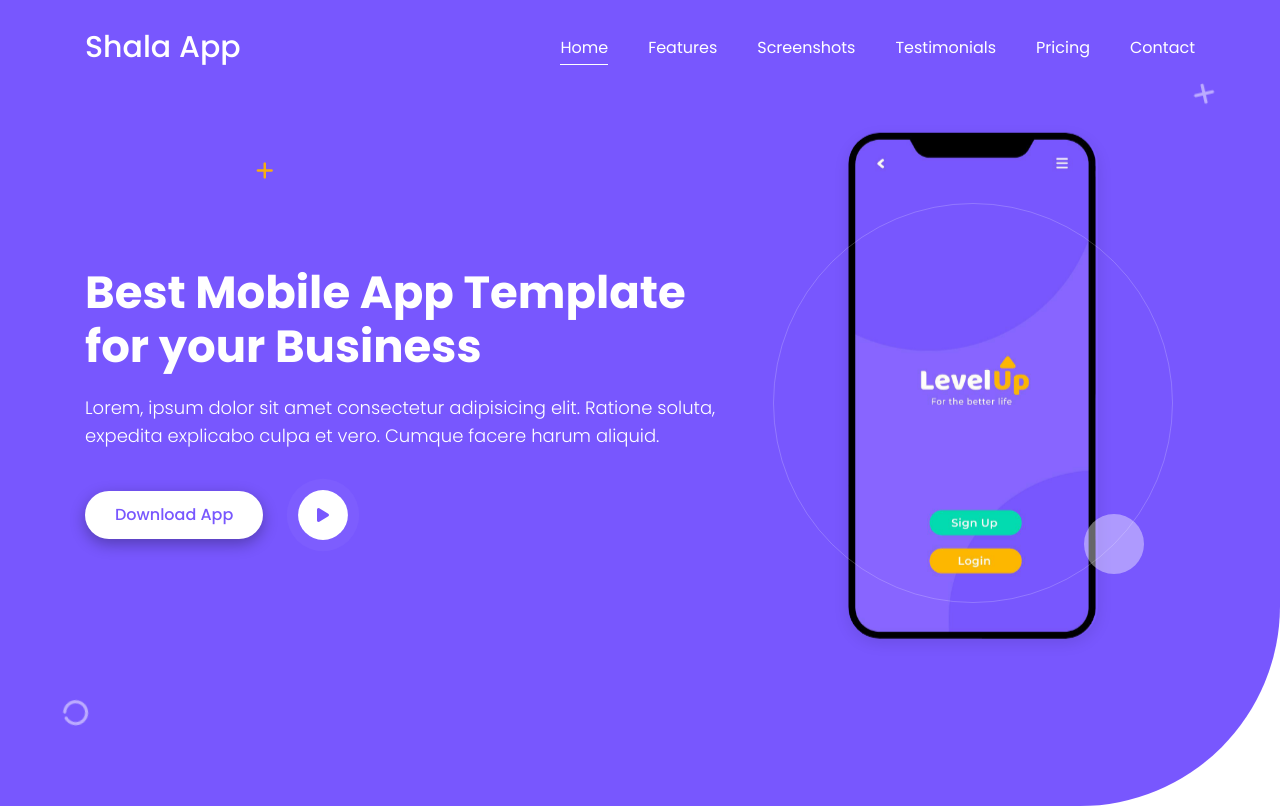
Repository: Mohamed-Hema/Shala-App
Page: index.html
The author's editor kept a copy of each file at every save. The page is drawn from the files as they stood at one save, then again after the next save.
The browser window is 1280 px wide. The pictures show the whole page.
Some web libraries are served in a nearby version.

Above is the page before, as saved 2021-02-15 20:13:57.

### index.html
<!DOCTYPE html>
<html lang="zxx">
<head>
  <title>Shala - App Landing Page</title>
  <meta charset="utf-8">
  <meta name="viewport" content="width=device-width, initial-scale=1">
  <!-- owl carousel css -->
  <link rel="stylesheet" href="css/owl.carousel.min.css">
  <!-- font awesome icons -->
  <script src="https://kit.fontawesome.com/794108ad0e.js" crossorigin="anonymous"></script>
  <!-- bootstrap css -->
  <link rel="stylesheet" href="css/bootstrap.min.css">
  <!-- main css -->
  <link rel="stylesheet" href="css/style.css">
</head>
<body>

  <!-- Start NavBar -->
  <nav class="navbar navbar-expand-md fixed-top">
    <div class="container">
      <!-- Brand -->
      <a class="navbar-brand" href="#">Shala App</a>

      <!-- Toggler/collapsibe Button -->
      <button class="navbar-toggler" type="button" data-toggle="collapse" data-target="#collapsibleNavbar">
        <span class="navbar-toggler-icon"></span>
      </button>

      <!-- Navbar links -->
      <div class="collapse navbar-collapse" id="collapsibleNavbar">
        <ul class="navbar-nav ml-auto">
          <li class="nav-item">
            <a class="nav-link active" href="#">Home</a>
          </li>
          <li class="nav-item">
            <a class="nav-link" href="#">Features</a>
          </li>
          <li class="nav-item">
            <a class="nav-link" href="#">Screenshots</a>
          </li>
          <li class="nav-item">
            <a class="nav-link" href="#">Testimonials</a>
          </li>
          <li class="nav-item">
            <a class="nav-link" href="#">Pricing</a>
          </li>
          <li class="nav-item">
            <a class="nav-link" href="#">Contact</a>
          </li>
        </ul>
      </div>
    </div>
  </nav>

  <!-- End NavBar -->
  <!-- Start Home Section -->
  <section class="home d-flex align-items-center">
    <div class="effect-wrap">
      <i class="fas fa-plus effect effect-1"></i>
      <i class="fas fa-plus effect effect-2"></i>
      <i class="fas fa-circle-notch effect effect-3"></i>
    </div>
    <div class="container">
      <div class="row align-items-center">
        <div class="col-md-7">
          <div class="home-text">
            <h1>Best Mobile App Template for your Business</h1>
            <p>Lorem, ipsum dolor sit amet consectetur adipisicing elit. Ratione soluta, expedita explicabo culpa et vero. Cumque facere harum aliquid.</p>
            <div class="home-btn">
              <a href="#" class="btn btn-1">Download App</a>
              <button type="button" class="btn btn-1 video-play-btn">
                <i class="fas fa-play"></i>
              </button>
            </div>
          </div>
        </div>
        <div class="col-md-5 text-center">
          <div class="home-img">
            <div class="circle"></div>
            <img src="img/app-screenshots/1.png" alt="First App Screen">
          </div>
        </div>
      </div>
    </div>
  </section>
  <!-- End Home Section -->
  <!-- Start Video PopUp -->
  <div class="video-popup">
    <div class="video-popup-inner">
      <i class="fas fa-times video-popup-close"></i>
      <div class="iframe-box">
        <iframe id="player-1" src="https://www.youtube.com/embed/o1eY1MPcRQs" allow="accelerometer; autoplay; clipboard-write; encrypted-media; gyroscope; picture-in-picture" allowfullscreen></iframe>
      </div>
    </div>
  </div>
  <!-- End Video PopUP -->
<!-- jquery js -->
<script src="js/jquery.min.js"></script>
<!-- popper js -->
<script src="js/popper.min.js"></script>
<!-- bootstrap js -->
<script src="js/bootstrap.min.js"></script>
<!-- owl carousel js -->
<script src="js/owl.carousel.min.js"></script>
<!-- ScrollIt js -->
<script src="js/scrollIt.min.js"></script>
<!-- main js -->
<script src="js/main.js"></script>
</body>
</html>

### css/style.css
/* Start Global Styles */
@import url('https://fonts.googleapis.com/css2?family=Poppins:wght@300;400;500;600;700;800;900&display=swap');

*{
    margin: 0;
    padding: 0;
    outline: none!important;
}

:root{
    --main-color: #7857fe;
    --color-1: #e91e63;
    --color-2: #f5ae10;
    --color-3: #09d69c;
    --bg-dark: #2b2c2f;
    --main-to-dark-color: var(--main-color);
    --dark-to-main-color: var(--bg-dark);
    --shadow-black-100: 0 5px 15px rgba(0,0,0,.1);
    --shadow-black-300: 0 5px 15px rgba(0,0,0,.3);
    --black-900: #000;
    --black-400: #555555;
    --black-100: #f7f7f7;
    --black-000: #fff;
    --black-alpha-100: rgba(0,0,0,0.05);
}

body{
    font-family: 'Poppins', sans-serif;
    font-size: 16px;
    font-weight: 400;
    overflow-x: hidden;
    background-color: #fff;
    line-height: 1.5;
}
img{
    max-width: 100%;
    vertical-align: middle;
}
ul{
    list-style: none;
}
.btn-1{
    background-color: #fff;
    padding: 12px 30px;
    border: none;
    border-radius: 30px;
    color: var(--main-color);
    font-size: 16px;
    transition: all .5s ease;
    box-shadow: var(--shadow-black-300);
    font-weight: 500;
}
.btn-1:focus{
    box-shadow: var(--shadow-black-300);
}
.btn-1:hover{
    color: #fff;
    background-color: var(--main-color);
}
@keyframes spin_01{
    0%{
        transform: rotate(0deg);
    }
    100%{
        transform: rotate(360deg);
    }
}
@keyframes bounceTop_01{
    0%, 100%{
        transform: translateY(-30px);
    }
    50%{
        transform: translateY(0px);
    }
}
@keyframes pulse_01{
    0%{
        transform: scale(0.94);
        box-shadow: 0 0 0 0 rgba(255,255,255,0.7);
    }
    70%{
        transform: scale(1);
        box-shadow: 0 0 0 12px rgba(255,255,255,0);
    }
    100%{
        transform: scale(0.94);
        box-shadow: 0 0 0 0 rgba(255, 255, 255, 0);
    }
}
.effect-wrap .effect{
    position: absolute;
    z-index: -1;
}
.effect-wrap .effect-1{
    left: 20%;
    top: 20%;
    font-size: 20px;
    color: var(--color-2);
    animation: spin_01 5s linear infinite;
}
.effect-wrap .effect-2{
    right: 5%;
    top: 10%;
    font-size: 25px;
    color: rgba(255, 255, 255, .5);
    animation: spin_01 7s linear infinite;
}
.effect-wrap .effect-3{
    left: 5%;
    bottom: 10%;
    font-size: 25px;
    color: rgba(255, 255, 255, .5);
    animation: spin_01 7s linear infinite;
}
/* End Global Styles */
/* Start Navbar */
.navbar{
    background-color: transparent;
    padding: 20px 0;
}
.navbar > .container{
    padding: 0 15px;
}
.navbar .navbar-brand{
    font-size: 30px;
    color: #fff;
    font-weight: 500;
}
.navbar .nav-item{
    margin-left: 40px;
}
.navbar .nav-item .nav-link{
    color: #fff;
    font-size: 16px;
    font-weight: 400;
    padding: 5px 0;
    position: relative;
}
.navbar .nav-item .nav-link::before{
    content: '';
    position: absolute;
    left: 0;
    right: 0;
    bottom: 0;
    height: 1px;
    background-color: #fff;
    transition: all .5s ease;
    transform: scale(0);
}
.navbar .nav-item .nav-link.active::before,
.navbar .nav-item .nav-link:hover::before{
    transform: scale(1);
}
.navbar .nav-item .nav-link:hover.active::before{
    transform: scale(0);
}
/* End Navbar */
/* Start Home Section */
.home{
    min-height: 100vh;
    padding: 150px 0;
    background-color: var(--main-to-dark-color);
    border-radius: 0 0 200px 0;
    position: relative;
    z-index: 1;
}
.home-text h1{
    font-size: 45px;
    font-weight: 700;
    color: #fff;
    margin: 0 0 20px;
}
.home-text p{
    font-size: 18px;
    line-height: 28px;
    color: #fff;
    margin: 0;
    font-weight: 300;
}
.home .home-btn{
    margin-top: 40px;
}
.home .home-btn .video-play-btn:hover{
    animation: none;
    box-shadow: var(--shadow-black-300);
}
.home .home-btn .video-play-btn{
    margin-left: 30px;
    height: 50px;
    width: 50px;
    padding: 0;
    font-size: 16px;
    animation: pulse_01 2s ease infinite;
}
.home .home-btn .video-play-btn i{
    line-height: 50px;
}
.home-img img{
    max-width: 250px;
    width: 100%;
    box-shadow: var(--shadow-black-100);
    border-radius: 32px;
    animation: bounceTop_01 3s ease infinite;
}

.home-img{
    position: relative;
}
.home-img .circle{
    position: absolute;
    z-index: 1;
    height: 400px;
    width: 400px;
    border: 1px solid rgba(255, 255, 255, .2);
    border-radius: 50%;
    top: 50%;
    left: 50%;
    transform: translate(-50%, -50%);
}
.home-img .circle::before{
    content: '';
    position: absolute;
    height: 60px;
    width: 60px;
    background-color: rgba(255, 255, 255, .4);
    border-radius: 50%;
    left: 30px;
    top: 30px;
    transform-origin: 170px 170px;
    animation: spin_01 10s linear infinite;
}
/* Video PopUP */
.video-popup{
    padding: 30px;
    position: fixed;
    left: 0;
    top: 0;
    width: 100%;
    height: 100%;
    z-index: 1999;
    background-color: rgba(0,0,0,.7);
    display: flex;
    align-items: center;
    justify-content: center;
    opacity: 0;
    visibility: hidden;
    transition: all .5s ease;
}
.video-popup.open{
    opacity: 1;
    visibility: visible;
}
.video-popup-inner{
    width: 100%;
    max-width: 900px;
    position: relative;
}
.video-popup .video-popup-close{
    position: absolute;
    right: 0;
    top: -30px;
    height: 30px;
    width: 30px;
    font-size: 16px;
    text-align: center;
    line-height: 30px;
    cursor: pointer;
    color: #fff;

}
.video-popup .iframe-box{
    height: 0;
    overflow-x: hidden;
    padding-top: 56.25%;
}
.video-popup #player-1 {
    position: absolute;
    left: 0;
    top: 0;
    width: 100%;
    height: 100%;
    border: 0;
}
/* End Home Section */

### js/main.js
$(document).ready(function() {
    // Video popUP
    const vdeoSrc = $("#player-1").attr("src");
    $(".video-play-btn, .video-popup").on("click", function() {
        if($(".video-popup").hasClass("open")) {
            $(".video-popup").removeClass("open");
            $("#player-1").attr("src", "");
        } else {
            $(".video-popup").addClass("open");
            if($("#player-1").attr("src")==''){
                $("#player-1").attr("src", videoSrc);
            }
        }
    });
});

Loaded but not shown: css/owl.carousel.min.css (library); css/bootstrap.min.css (library); js/jquery.min.js (library); js/popper.min.js (library); js/bootstrap.min.js (library); js/owl.carousel.min.js (library); js/scrollIt.min.js (common file)

After the next save:
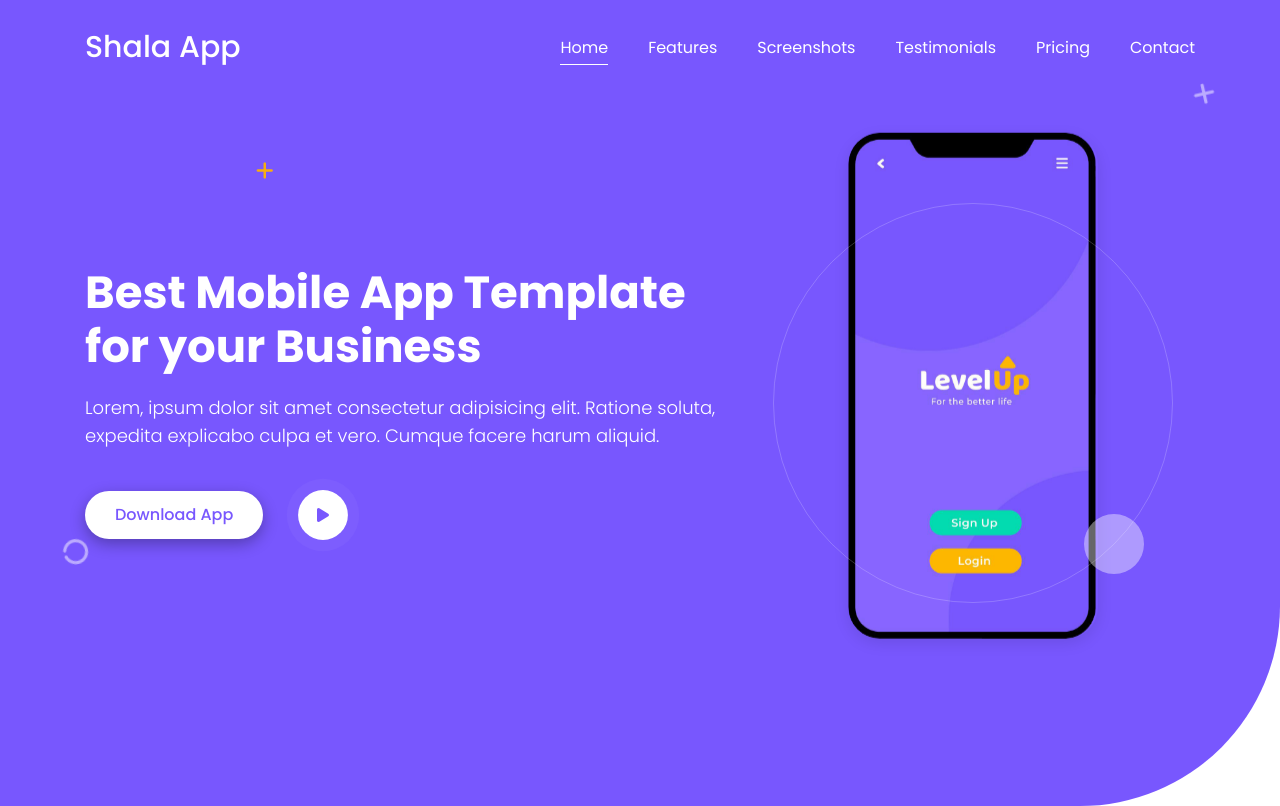
Saved 14 s later.
--- a/css/style.css
+++ b/css/style.css
@@ -107,7 +107,7 @@ ul{
 }
 .effect-wrap .effect-3{
     left: 5%;
-    bottom: 10%;
+    bottom: 30%;
     font-size: 25px;
     color: rgba(255, 255, 255, .5);
     animation: spin_01 7s linear infinite;
